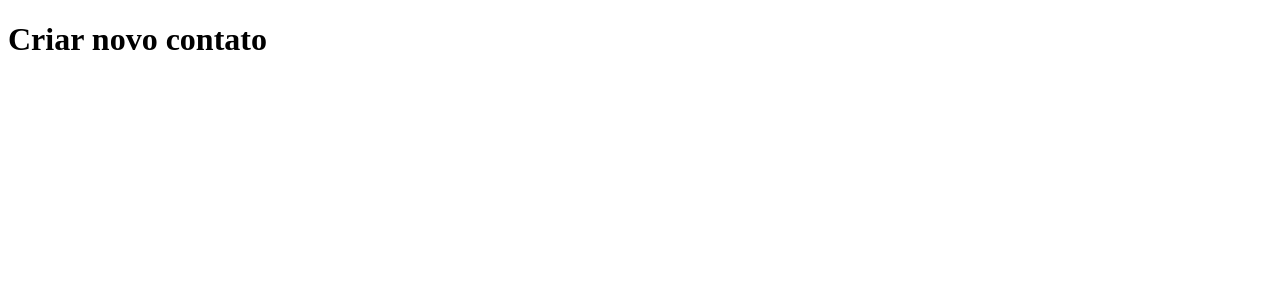
Repository: ricardolino-hub/agenda-dynamic-web-project
Page: Agenda/src/main/webapp/novo.html
These files come from the project's save history. The page is drawn as it stood at one moment and after the next save; the edit follows.
The browser window is 1280 px wide. The pictures show the whole page.

Above is the page before, as saved 2023-08-31 14:12:26.

### Agenda/src/main/webapp/novo.html
<!DOCTYPE html>
<html>
<head>
<meta charset="UTF-8">
<title>Agenda de contatos</title>
</head>
<body>
	<h1>Criar novo contato</h1>
	<form name="frmContac"></form>
</body>
</html>

After the next save:
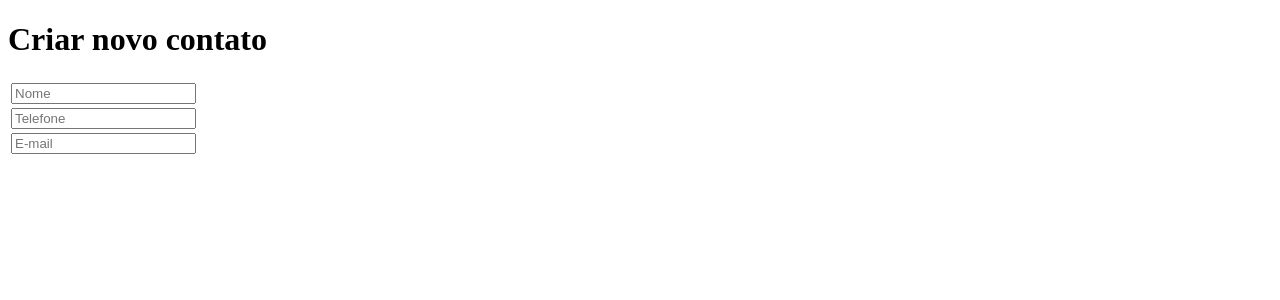
Saved 2 min 35 s later.
--- a/Agenda/src/main/webapp/novo.html
+++ b/Agenda/src/main/webapp/novo.html
@@ -6,6 +6,18 @@
 </head>
 <body>
 	<h1>Criar novo contato</h1>
-	<form name="frmContac"></form>
+	<form name="frmContact" action="">
+		<table>
+			<tr>
+				<td><input type="text" name="name" placeholder="Nome"></td>
+			</tr>
+			<tr>
+				<td><input type="text" name="fone" placeholder="Telefone"></td>
+			</tr>
+			<tr>
+				<td><input type="text" name="email" placeholder="E-mail"></td>
+			</tr>
+		</table>
+	</form>
 </body>
 </html>
